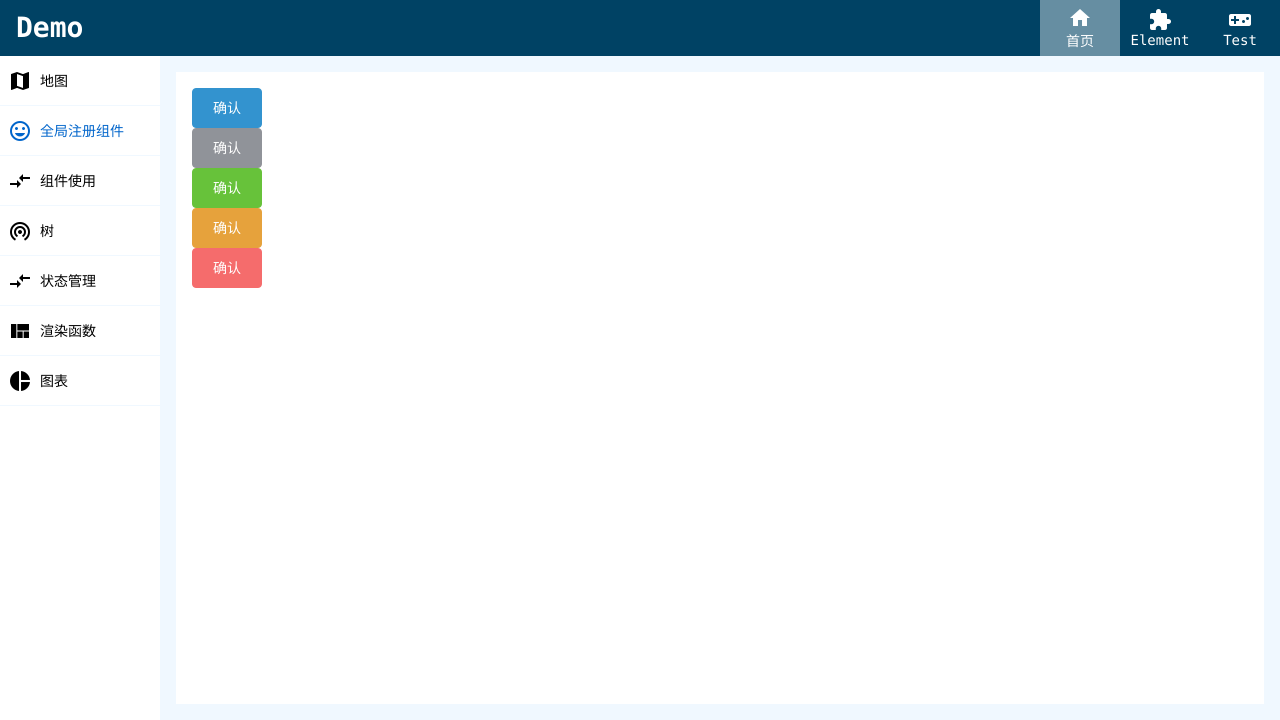
Repository: zh-webliker/element-vue
Page: /Main/Icon
An editor plug-in stored every save of this project. The page is shown before and after the next save, followed by the edit.
The browser window is 1280 px wide. The pictures show the whole page.
The project was rebuilt for these pictures with package versions that can differ from the ones it lists, and the page was loaded fresh each time. Also part of the build but not shown: vue.config.js. Imported but missing from the stored project, and not drawn on this page: src/json/contour, src/json/hl.

Above is the page before, as saved 2020-09-11 16:55:52.

After the next save:
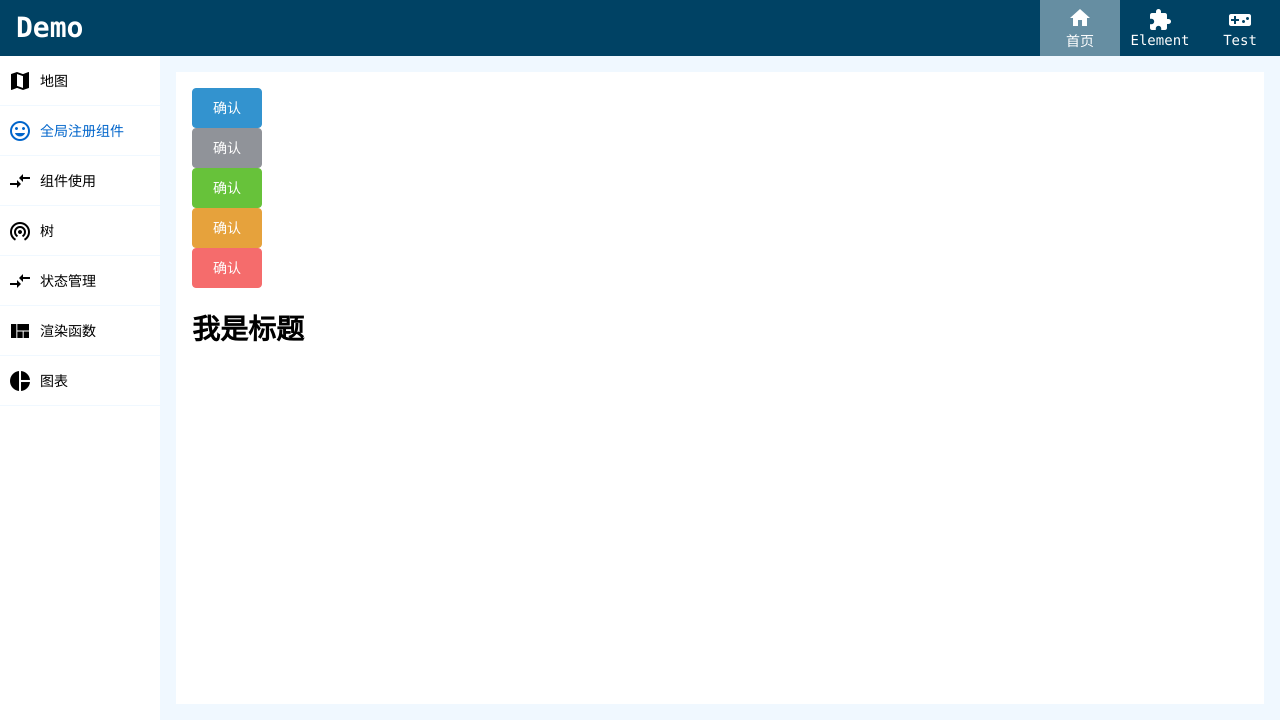
Saved 40 s later.
--- a/src/views/main/Icon.vue
+++ b/src/views/main/Icon.vue
@@ -5,6 +5,9 @@
     <Basebutton type='success'></Basebutton>
     <Basebutton type='warning'></Basebutton>
     <Basebutton type='danger'></Basebutton>
+    <Basetitle>
+      <slot><h1>我是标题</h1></slot>
+    </Basetitle>
   </div>
 </template>
 
